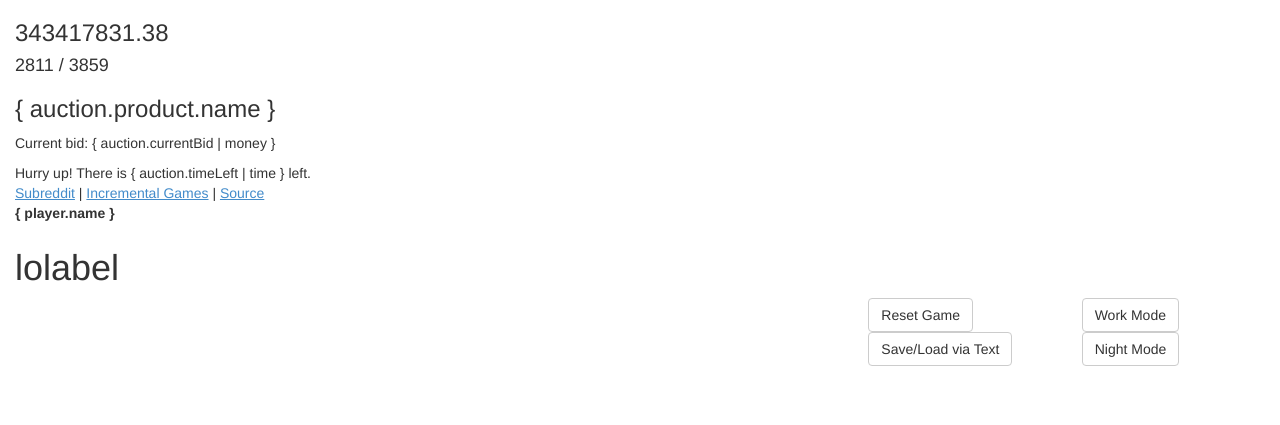
Repository: Polatrite/league-of-clickers
Page: index.html
The author's editor kept a record of every edit. The page is drawn from the files as they stood at one moment, then again after the next edit.
The browser window is 1280 px wide. The pictures show the whole page.

Above is the page before.
Not found: styles.css

After the next edit:
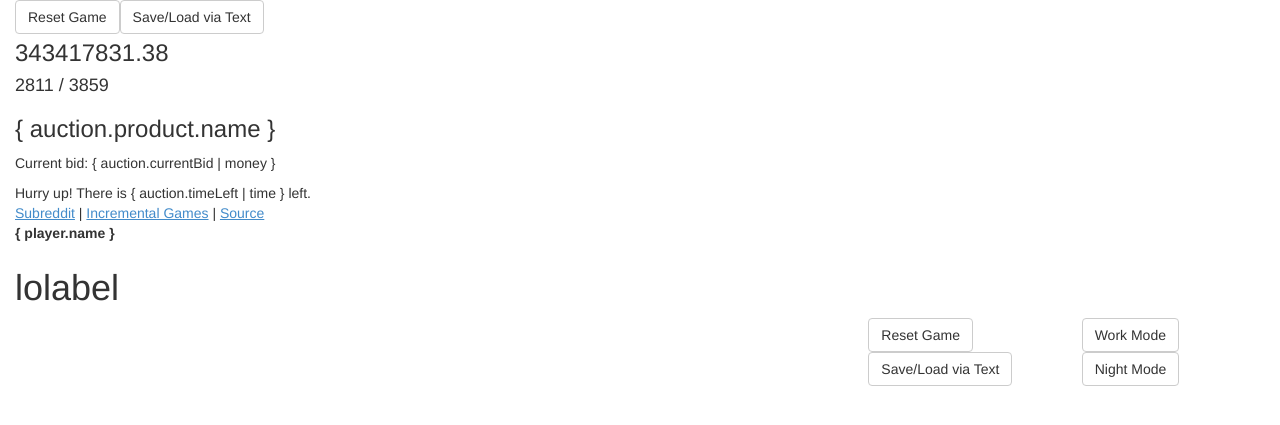
The edit:
--- a/index.html
+++ b/index.html
@@ -58,6 +58,10 @@
 	</div>
 </div>
 
+<button type="button" id="resetGame" class="btn btn-default color-coral pull-left">Reset Game</button>
+<button type="button" id="saveGameTextExport" class="btn btn-default color-food pull-left" data-toggle="modal" data-target="#saveLoadModal">Save/Load via Text</button>
+
+<br>
 
 <div id="player">
 	<h3>{ player.money | money}</h3>
